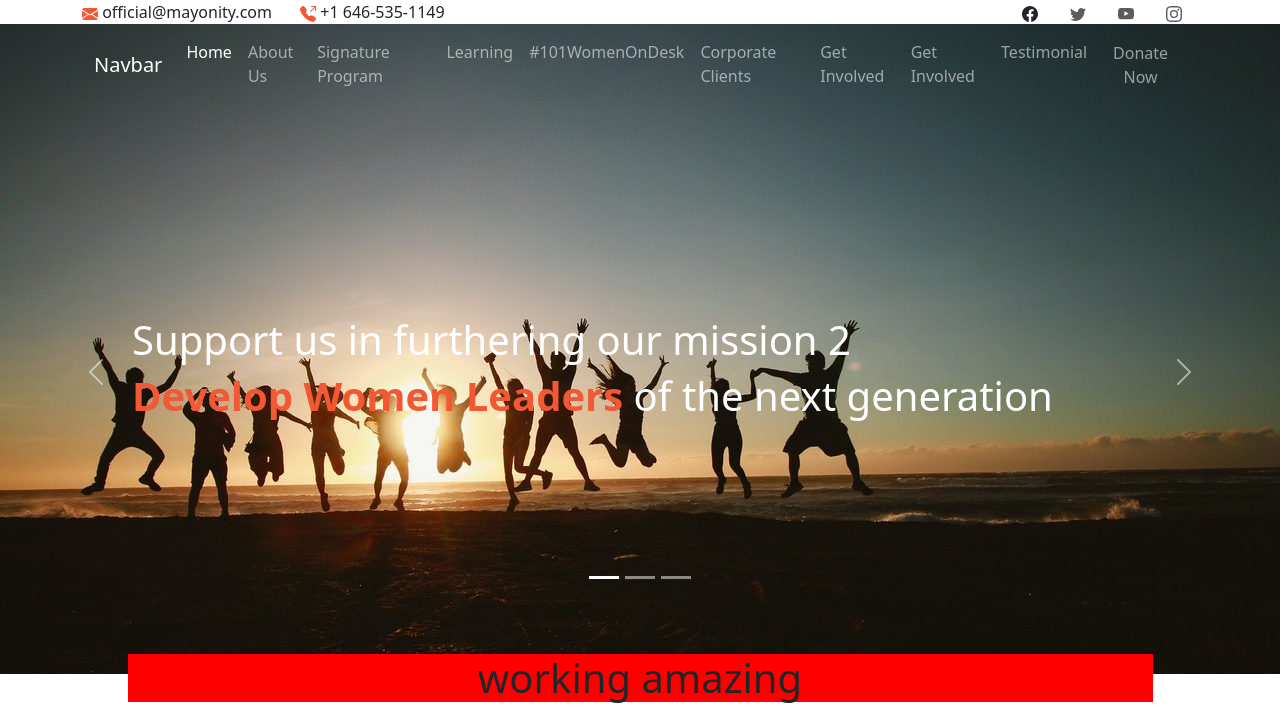
Repository: rizwan-zafar/wings
Page: /
An editor plug-in stored every save of this project. The page is shown before and after the next save, followed by the edit.
The browser window is 1280 px wide. The pictures show the whole page.
The project was rebuilt for these pictures with package versions that can differ from the ones it lists, and the page was loaded fresh each time.

Above is the page before, as saved 2022-11-27 16:39:37.

### public/index.html
<!DOCTYPE html>
<html lang="en">
  <head>
    <meta charset="utf-8" />
    <link rel="icon" href="%PUBLIC_URL%/favicon.ico" />
    <meta name="viewport" content="width=device-width, initial-scale=1" />
    <meta name="theme-color" content="#000000" />
    <meta
      name="description"
      content="Web site created using create-react-app"
    />
    <link rel="apple-touch-icon" href="%PUBLIC_URL%/logo192.png" />
    <!--
      manifest.json provides metadata used when your web app is installed on a
      user's mobile device or desktop. See https://developers.google.com/web/fundamentals/web-app-manifest/
    -->
    <link rel="manifest" href="%PUBLIC_URL%/manifest.json" />
    <!--
      Notice the use of %PUBLIC_URL% in the tags above.
      It will be replaced with the URL of the `public` folder during the build.
      Only files inside the `public` folder can be referenced from the HTML.

      Unlike "/favicon.ico" or "favicon.ico", "%PUBLIC_URL%/favicon.ico" will
      work correctly both with client-side routing and a non-root public URL.
      Learn how to configure a non-root public URL by running `npm run build`.
    -->
    <title>Wings</title>
  </head>
  <body>
    <noscript>You need to enable JavaScript to run this app.</noscript>
    <div id="root"></div>
    <!--
      This HTML file is a template.
      If you open it directly in the browser, you will see an empty page.

      You can add webfonts, meta tags, or analytics to this file.
      The build step will place the bundled scripts into the <body> tag.

      To begin the development, run `npm start` or `yarn start`.
      To create a production bundle, use `npm run build` or `yarn build`.
    -->
  </body>
</html>

### src/index.js
import React from 'react';
import ReactDOM from 'react-dom/client';
import './index.css';
import App from './App';
import "../node_modules/bootstrap/dist/css/bootstrap.min.css"
import "../node_modules/bootstrap/dist/js/bootstrap.min.js"

const root = ReactDOM.createRoot(document.getElementById('root'));
root.render(
     <App />
 );

// If you want to start measuring performance in your app, pass a function
// to log results (for example: reportWebVitals(console.log))
// or send to an analytics endpoint. Learn more: https://bit.ly/CRA-vitals

### src/index.css
html {
  margin: 0;
  padding: 0;
  font-family: -apple-system, BlinkMacSystemFont, 'Segoe UI', 'Roboto', 'Oxygen',
    'Ubuntu', 'Cantarell', 'Fira Sans', 'Droid Sans', 'Helvetica Neue',
    sans-serif;
  -webkit-font-smoothing: antialiased;
  -moz-osx-font-smoothing: grayscale;
}
.icons{
  color:#f15833 ;
}
.social-icons{
  color:#000000a3
}

### src/App.js
import Home from "./Pages/Home"
function App() {
  return (

    <>
      <Home />
    </>

  );
}

export default App;

### src/Pages/Home.js
import React from 'react'
import TopNavbar from "../Components/Topnavbar"
// import Navbar from "../Components/Navbar"
import Slider from "../Components/Slider"
export default function Home() {
    return (
        <div>
            <TopNavbar />
            {/* <Navbar /> */}
            <Slider />
        </div>
    )
}

### src/Components/Topnavbar.js
import React from 'react'
// import "../Css/Topnav.css"
import { EnvelopeFill, TelephoneOutboundFill, Twitter, Youtube, Instagram, Facebook } from "react-bootstrap-icons"
export default function Topnavbar() {
    return (
        <div className="top-bar container d-flex justify-content-between">
            <div>
                <span> <EnvelopeFill className="icons" /> official@mayonity.com</span>
                <span className="set-padding p-4"> <TelephoneOutboundFill className="icons ml-3" /> +1 646-535-1149</span>
            </div>
            <div>
                <span className="p-3 social-icons-"><Facebook /></span>
                <span className="p-3 social-icons"><Twitter /></span>
                <span className="p-3 social-icons"><Youtube /></span>
                <span className="p-3 social-icons"><Instagram /></span>
            </div>
        </div>
    )
}

### src/Components/Slider.js
import React from 'react'
import "../Css/Slider.css"
import Navbar from "../Components/Navbar"
export default function Slider() {
    return (
        <>
            <div className="set-slider">
                <Navbar />
                <div id="carouselExampleCaptions" className=" carousel slide" data-bs-ride="false">
                    <div className="carousel-indicators">
                        <button type="button" data-bs-target="#carouselExampleCaptions" data-bs-slide-to="0" className="active" aria-current="true" aria-label="Slide 1"></button>
                        <button type="button" data-bs-target="#carouselExampleCaptions" data-bs-slide-to="1" aria-label="Slide 2"></button>
                        <button type="button" data-bs-target="#carouselExampleCaptions" data-bs-slide-to="2" aria-label="Slide 3"></button>
                    </div>
                    <div className="carousel-inner container">
                        <div className="carousel-item active">
                            <div>
                                <h1>Support us in furthering our mission 2</h1>
                                <h1><strong>Develop Women Leaders</strong> of the next generation</h1>
                            </div>
                        </div>
                        <div className="carousel-item">
                            <div>
                                <h1>Support us in furthering our mission 3</h1>
                                <h1><strong>Develop Women Leaders</strong> of the next generation</h1>
                            </div>
                        </div>
                        <div className="carousel-item">
                            <div>
                                <h1>Support us in furthering our mission</h1>
                                <h1><strong>Develop Women Leaders</strong> of the next generation</h1>
                            </div>
                        </div>

                    </div>
                    <div>
                        <button className="carousel-control-prev" type="button" data-bs-target="#carouselExampleCaptions" data-bs-slide="prev">
                            <span className="carousel-control-prev-icon" aria-hidden="true"></span>
                            <span className="visually-hidden">Previous</span>
                        </button>
                        <button className="carousel-control-next" type="button" data-bs-target="#carouselExampleCaptions" data-bs-slide="next">
                            <span className="carousel-control-next-icon" aria-hidden="true"></span>
                            <span className="visually-hidden">Next</span>
                        </button>
                    </div>
                </div>
            </div>

            <div className="container text-center slider-footer">
                <div className="container">
                    <h1>working amazing</h1>
                </div>
            </div>
        </>
    )
}

### src/Css/Slider.css
.set-slider {
    background-image: url("/public/Images/header.jpg");
    background-size: cover;
    background-repeat: no-repeat;
    height: 650px;
}

.set-slider .carousel-indicators {
    top: 300px
}

.set-slider .carousel-inner {
    margin-top: 160px;
    color: white
}

.set-slider .carousel-inner .carousel-item>div {

    padding: 50px;
}

.set-slider .carousel-inner h1 {

    font-weight: 400;
}

.set-slider .carousel-inner h1 strong {
    color: #f15833
}

.slider-footer>div {
    background: red;
    max-width: 1025px;
    margin-top: -20px;
}

@media (max-width: 1400px) {
    .nav-container .navbar-expanding {
        flex-wrap: nowrap !important;
        justify-content: flex-start !important;
        background-color: red;
    }
}

@media (max-width: 991px) {

    .set-slider .carousel-item h1 {
        font-size: 35px;
    }
}

@media (max-width: 450px) {
    .set-slider {
        height: 450px;
    }

    .set-slider .carousel-inner {
        margin-top: 16px;
    }

    .set-slider .carousel-item h1 {
        font-size: 25px;
    }
}

### src/Components/Navbar.js
import React from 'react'

export default function Navbar() {
  return (
    <div className="nav-container container">
      <nav className="navbar navbar-expand-lg navbar-dark">
        <div className="container-fluid">
          <a className="navbar-brand" href="/">Navbar</a>
          <button className="navbar-toggler" type="button" data-bs-toggle="collapse" data-bs-target="#navbarNav" aria-controls="navbarNav" aria-expanded="false" aria-label="Toggle navigation">
            <span className="navbar-toggler-icon"></span>
          </button>
          <div className="collapse navbar-collapse" id="navbarNav">
            <ul className="navbar-nav ms-auto">
              <li className="nav-item">
                <a className="nav-link active" aria-current="page" href="/">Home</a>
              </li>
              <li className="nav-item">
                <a className="nav-link" href="/">About Us</a>
              </li>
              <li className="nav-item">
                <a className="nav-link" href="/">Signature Program</a>
              </li>
              <li className="nav-item">
                <a className="nav-link" href="/">Learning</a>
              </li>
              <li className="nav-item">
                <a className="nav-link" href="/">#101WomenOnDesk</a>
              </li>
              <li className="nav-item">
                <a className="nav-link" href="/">Corporate Clients</a>
              </li>
              <li className="nav-item">
                <a className="nav-link" href="/">Get Involved</a>
              </li>
              <li className="nav-item">
                <a className="nav-link" href="/">Get Involved</a>
              </li>
              <li className="nav-item">
                <a className="nav-link" href="/">Testimonial</a>
              </li>
              <li className="nav-item">
                <a className="nav-link btn " href="/">Donate Now</a>
              </li>

            </ul>
          </div>
        </div>
      </nav>
    </div>
  )
}

### src/Css/Topnav.css
.top-bar{
background-color: #fff;
padding: 10px;
}
.nav-container .btn
{
    background: #f15833;
    border-radius: 23px;
    color: white;
    padding: 11px;
    font-weight: 500;
}
 .nav-container nav ul li a
{
    color:  white;
}

After the next save:
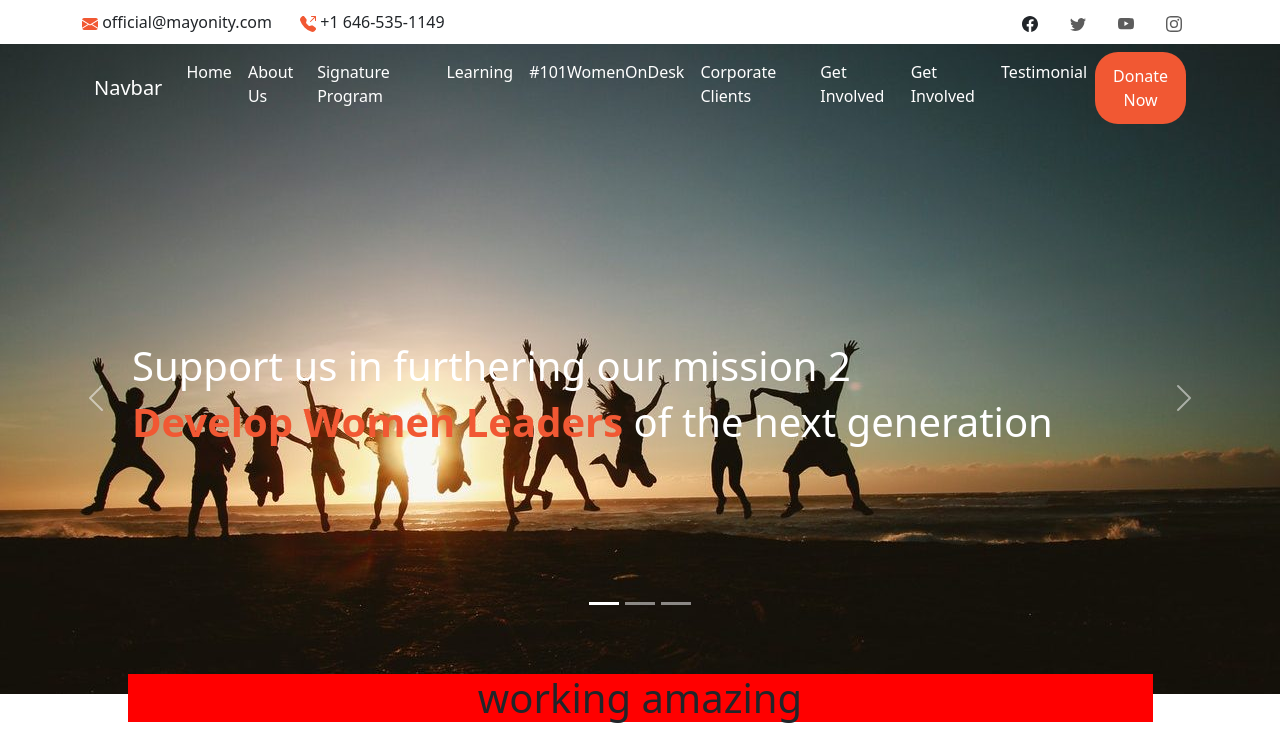
Saved 15 s later.
--- a/src/Components/Topnavbar.js
+++ b/src/Components/Topnavbar.js
@@ -1,5 +1,5 @@
 import React from 'react'
-// import "../Css/Topnav.css"
+import "../Css/Topnav.css"
 import { EnvelopeFill, TelephoneOutboundFill, Twitter, Youtube, Instagram, Facebook } from "react-bootstrap-icons"
 export default function Topnavbar() {
     return (
